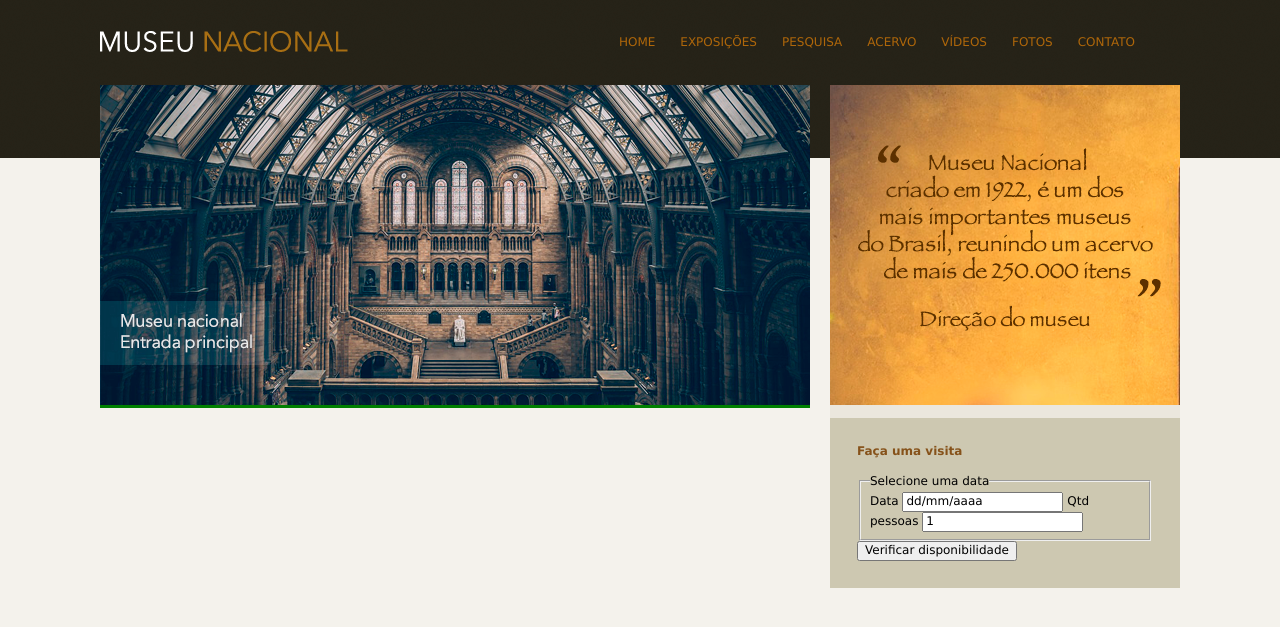
Repository: GustavoScopinho/Museu-Nacional
Page: index.html
These files come from the project's save history. The page is drawn as it stood at one moment and after the next save; the edit follows.
The browser window is 1280 px wide. The pictures show the whole page.

Above is the page before, as saved 2022-07-05 01:15:23.

After the next save:
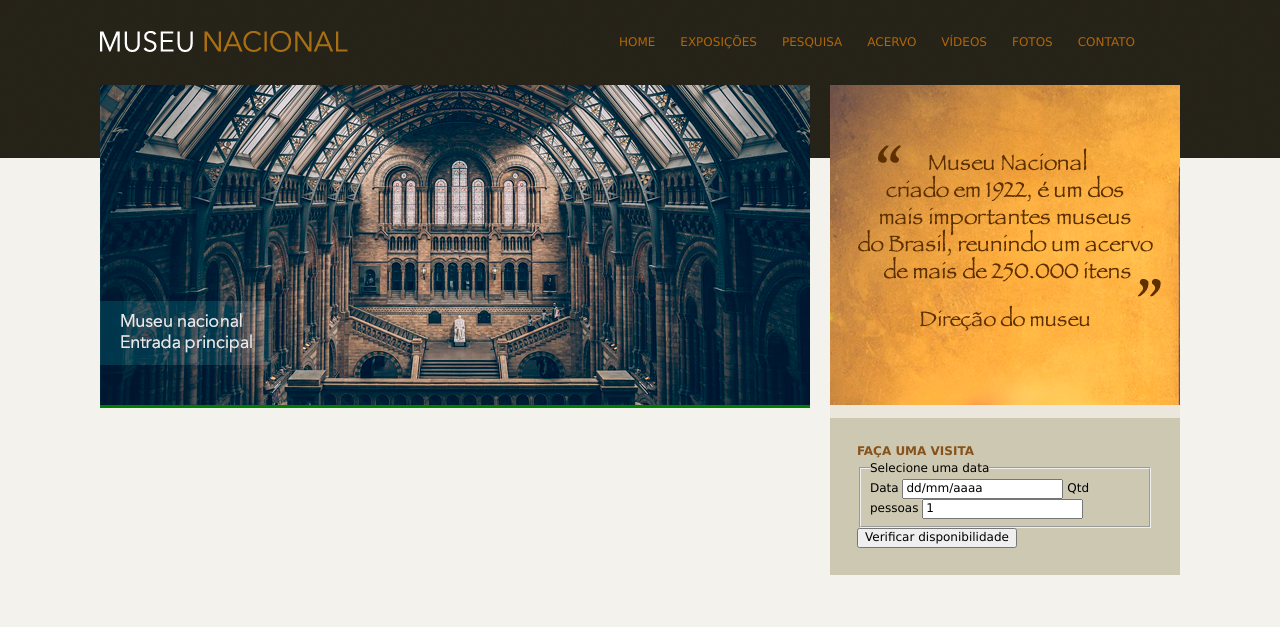
Saved 19 s later.
--- a/css/style.css
+++ b/css/style.css
@@ -79,4 +79,7 @@
 
 h4 {
   color: #86521a;
+  text-transform: uppercase;
+  padding-bottom: 3px;
+  margin-bottom: 0;
 }
